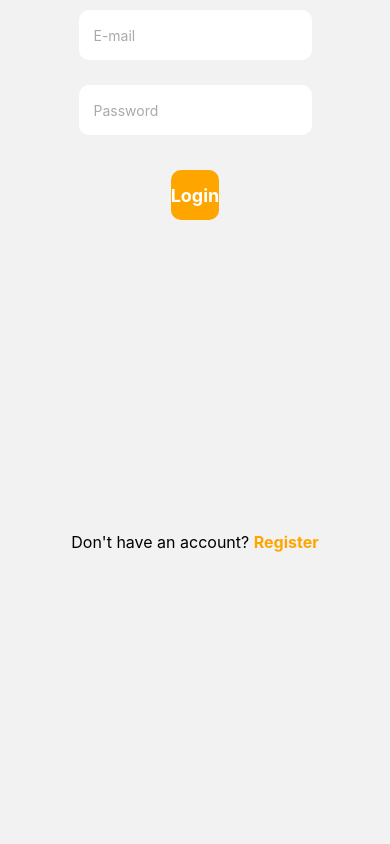
Repository: ds-mbappe/UpShoCal
Screen: /
The author's editor kept a copy of each file at every save. The screen is drawn from the files as they stood at one save, then again after the next save.
The app was drawn by React Native's web renderer in a window 390 px wide. The project was rebuilt for these pictures with package versions that can differ from the ones it lists, and the page was loaded fresh each time. Also part of the build but not shown: data.js, Screens/Home.js, Screens/Product.js, Screens/Registration.js.

Above is the screen before, as saved 2022-06-07 13:25:25.

After the next save:
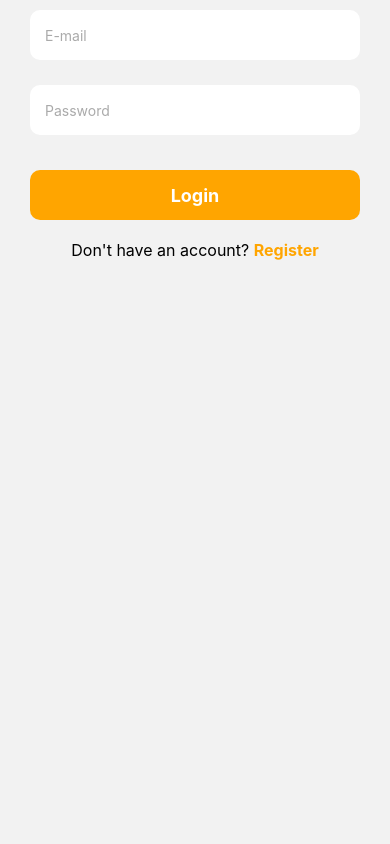
Saved 20 s later.
--- a/Screens/Login.js
+++ b/Screens/Login.js
@@ -23,34 +23,36 @@ const Login = ({ navigation }) => {
 
   return (
     <View style={styles.container}>
-      <TextInput
-        style={styles.input}
-        placeholder="E-mail"
-        placeholderTextColor="#AAAAAA"
-        onChangeText={(text) => setEmail(text)}
-        value={email}
-        autoCapitalize="none"
-      />
-      <TextInput
-        style={styles.input}
-        placeholder="Password"
-        placeholderTextColor="#AAAAAA"
-        secureTextEntry={true}
-        onChangeText={(text) => setPassword(text)}
-        value={password}
-        autoCapitalize="none"
-      />
-      <TouchableOpacity style={styles.button} onPress={() => onLoginPress()}>
-        <Text style={styles.buttonTitle}>Login</Text>
-      </TouchableOpacity>
-      <View style={styles.footerView}>
-        <Text style={styles.footerText}>
-          Don't have an account?{" "}
-          <Text style={styles.footerLink} onPress={onFooterLinkPress}>
-            Register
+      <ScrollView style={{ flex: 1, width: "100%" }}>
+        <TextInput
+          style={styles.input}
+          placeholder="E-mail"
+          placeholderTextColor="#AAAAAA"
+          onChangeText={(text) => setEmail(text)}
+          value={email}
+          autoCapitalize="none"
+        />
+        <TextInput
+          style={styles.input}
+          placeholder="Password"
+          placeholderTextColor="#AAAAAA"
+          secureTextEntry={true}
+          onChangeText={(text) => setPassword(text)}
+          value={password}
+          autoCapitalize="none"
+        />
+        <TouchableOpacity style={styles.button} onPress={() => onLoginPress()}>
+          <Text style={styles.buttonTitle}>Login</Text>
+        </TouchableOpacity>
+        <View style={styles.footerView}>
+          <Text style={styles.footerText}>
+            Don't have an account?{" "}
+            <Text style={styles.footerLink} onPress={onFooterLinkPress}>
+              Register
+            </Text>
           </Text>
-        </Text>
-      </View>
+        </View>
+      </ScrollView>
     </View>
   );
 };
